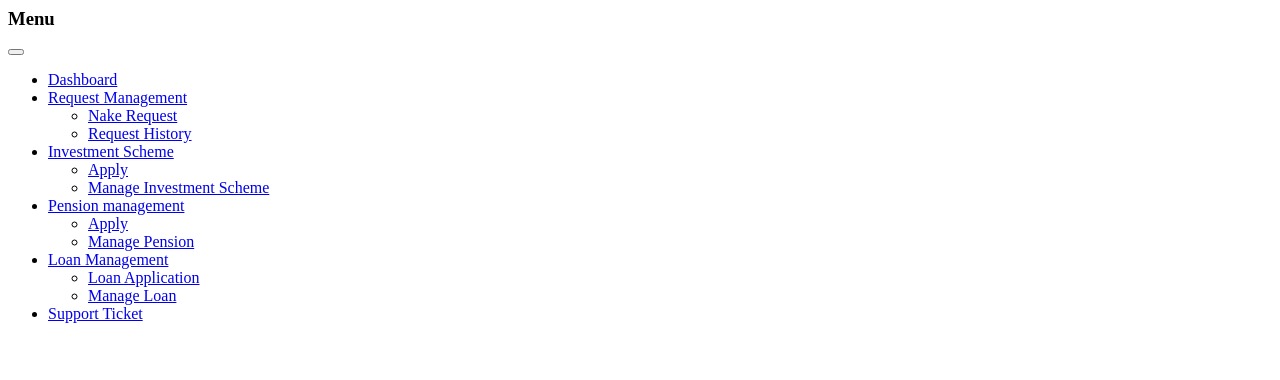
Repository: walterjnr1/crowdfunding-system
Page: http://localhost/student/sidebar.php
The author's editor kept a copy of each file at every save. The page is drawn from the files as they stood at one save, then again after the next save.
The browser window is 1280 px wide. The pictures show the whole page.
The page is run by PHP 8.4 with error messages shown; the project is at /var/www/html/.

Above is the page before, as saved 2025-02-28 13:04:16.

### student/sidebar.php
<div class="main-nav">
    <nav>
      <!-- Menu Toggle btn-->
      <div class="menu-toggle">
        <h3>Menu</h3>
        <button type="button" id="menu-btn"> <span class="icon-bar"></span> <span class="icon-bar"></span> <span class="icon-bar"></span> </button>
      </div>
      <!-- Responsive Menu Structure-->
      <!--Note: declare the Menu style in the data-menu-style="horizontal" (options: horizontal, vertical, accordion) -->
      <ul id="respMenu" class="ace-responsive-menu" data-menu-style="horizontal">
        <li><a href="index.php"><i class="fa fa-dashboard"></i> <span>Dashboard</span></a>
            </li>


        <li><a href="#"><i class="fa fa-money"></i> <span>Request Management</span></a>
          <ul>
            <li><a href="404.php">Nake Request</a></li>
            <li><a href="404.php">Request History</a></li>

          </ul>
        </li>

        <li><a href="#"><i class="fa fa-dollar"></i> <span>Investment Scheme</span></a>
          <ul>
            <li><a href="404.php">Apply</a></li>
                   <li><a href="404.php">Manage Investment Scheme</a></li>

          </ul>
        </li>
        <li><a href="#"><i class="fa fa-euro"></i> <span>Pension management</span></a>
          <ul>
            <li><a href="404.php">Apply</a></li>
                   <li><a href="404.php">Manage Pension </a></li>

          </ul>
        </li>
        <li><a href="#"><i class="fa fa-dollar"></i> <span>Loan Management</span></a>
          <ul>
            <li><a href="404.php">Loan Application</a></li>
                   <li><a href="404.php">Manage Loan</a></li>

          </ul>
        </li>
		<li><a href="support.php"><i class="fa fa-support"></i> <span>Support Ticket</span></a>



      </ul>
    </nav>
  </div>

After the next save:
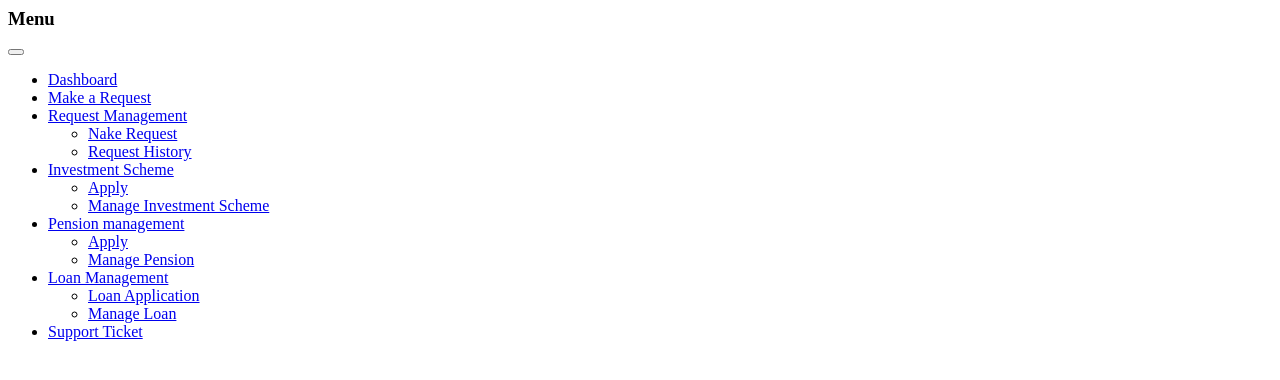
Saved 5 s later.
--- a/student/sidebar.php
+++ b/student/sidebar.php
@@ -10,6 +10,9 @@
       <ul id="respMenu" class="ace-responsive-menu" data-menu-style="horizontal">
         <li><a href="index.php"><i class="fa fa-dashboard"></i> <span>Dashboard</span></a>
             </li>
+			<li><a href="request.php"><i class="fa fa-euro"></i> <span>Make a Request</span></a>
+            </li>
+
 
 
         <li><a href="#"><i class="fa fa-money"></i> <span>Request Management</span></a>
